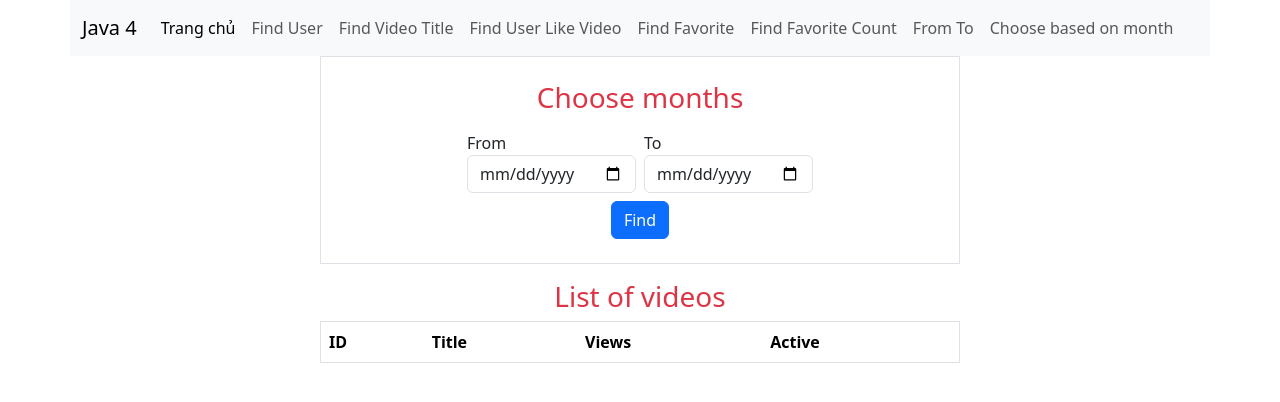
Repository: DanielNine9/java_servlet
Page: http://localhost/lab6/find/choose-month
An editor plug-in stored every save of this project. The page is shown before and after the next save, followed by the edit.
The browser window is 1280 px wide. The pictures show the whole page.
The page is served by Tomcat 9.

Above is the page before, as saved 2024-07-17 09:36:44.

After the next save:
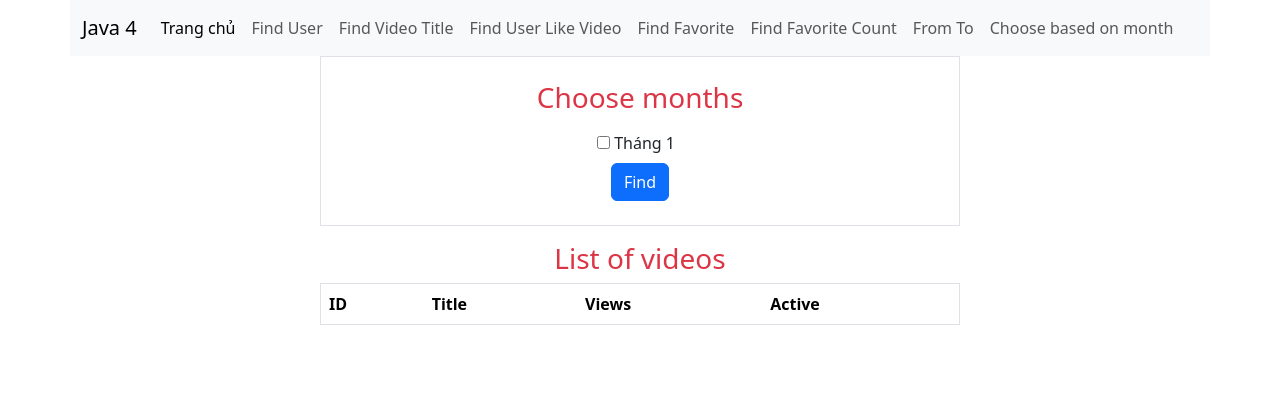
Saved 2 min 20 s later.
--- a/lab6/src/main/webapp/lab6/chooseMonth.jsp
+++ b/lab6/src/main/webapp/lab6/chooseMonth.jsp
@@ -20,10 +20,9 @@
 		<h3 class="text-center text-danger">Choose months</h3>
 		<div class="d-flex gap-2 py-2 justify-content-center">
 			<div>
-				<label>From</label> <input type="date" name="from" class="form-control">
+				<input type="checkbox" id="1"> <label for="1">Tháng 1</label>
 			</div>
 			<div>
-				<label>To</label> <input type="date" name="to" class="form-control">
 			</div>
 		</div>
 		<div class="d-flex justify-content-center">
